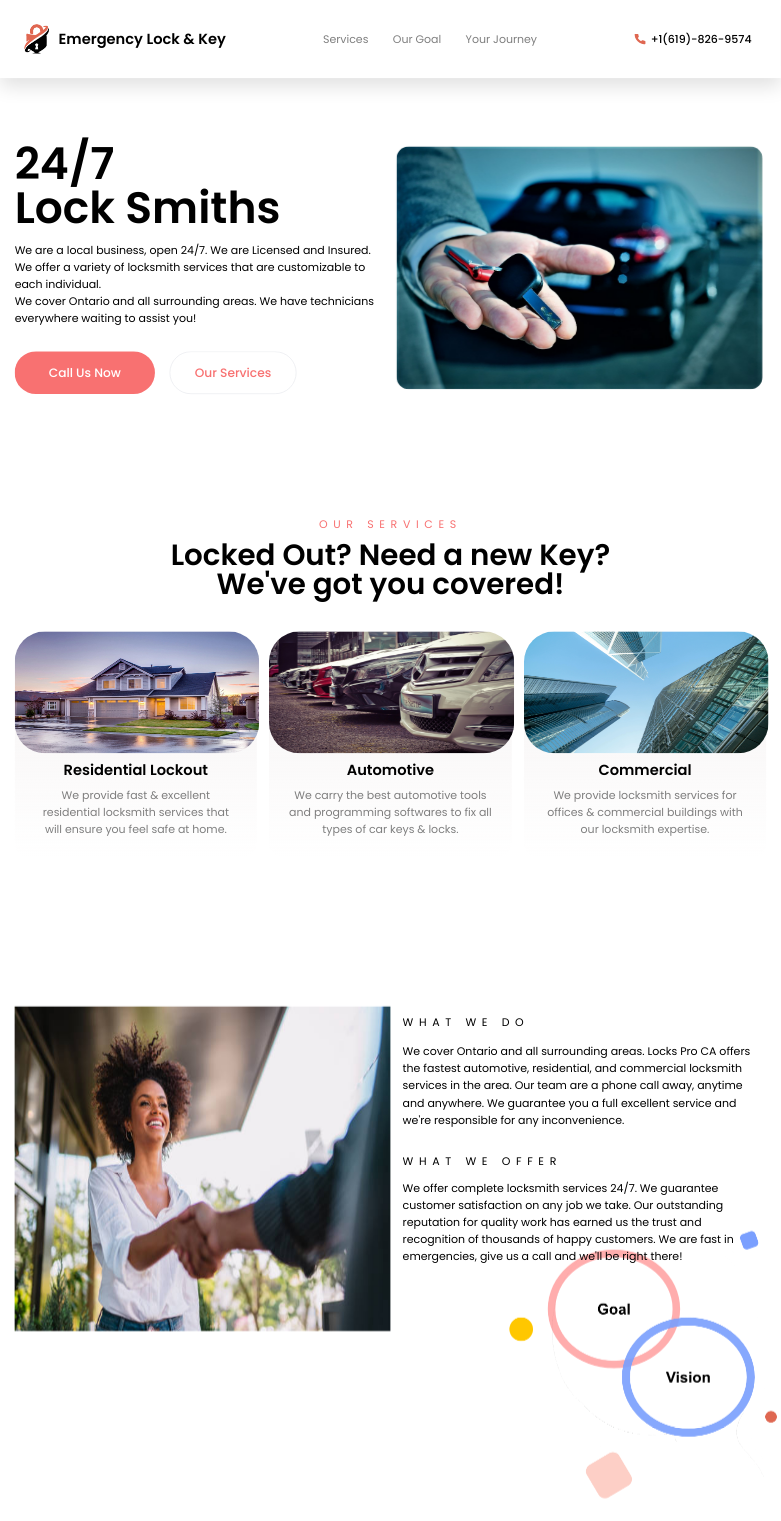
Repository: aya7abbal/locksprollc
Page: /
These files come from the project's save history. The page is drawn as it stood at one moment and after the next save; the edit follows.
The browser window is 1280 px wide. The pictures show the whole page, at 61% of full size.
Some web fonts or font styles are not loaded; a fallback is used. The project was rebuilt for these pictures with package versions that can differ from the ones it lists, and the page was loaded fresh each time. Also part of the build but not shown: vite.config.js.

Above is the page before, as saved 2024-04-03 01:18:19.

After the next save:
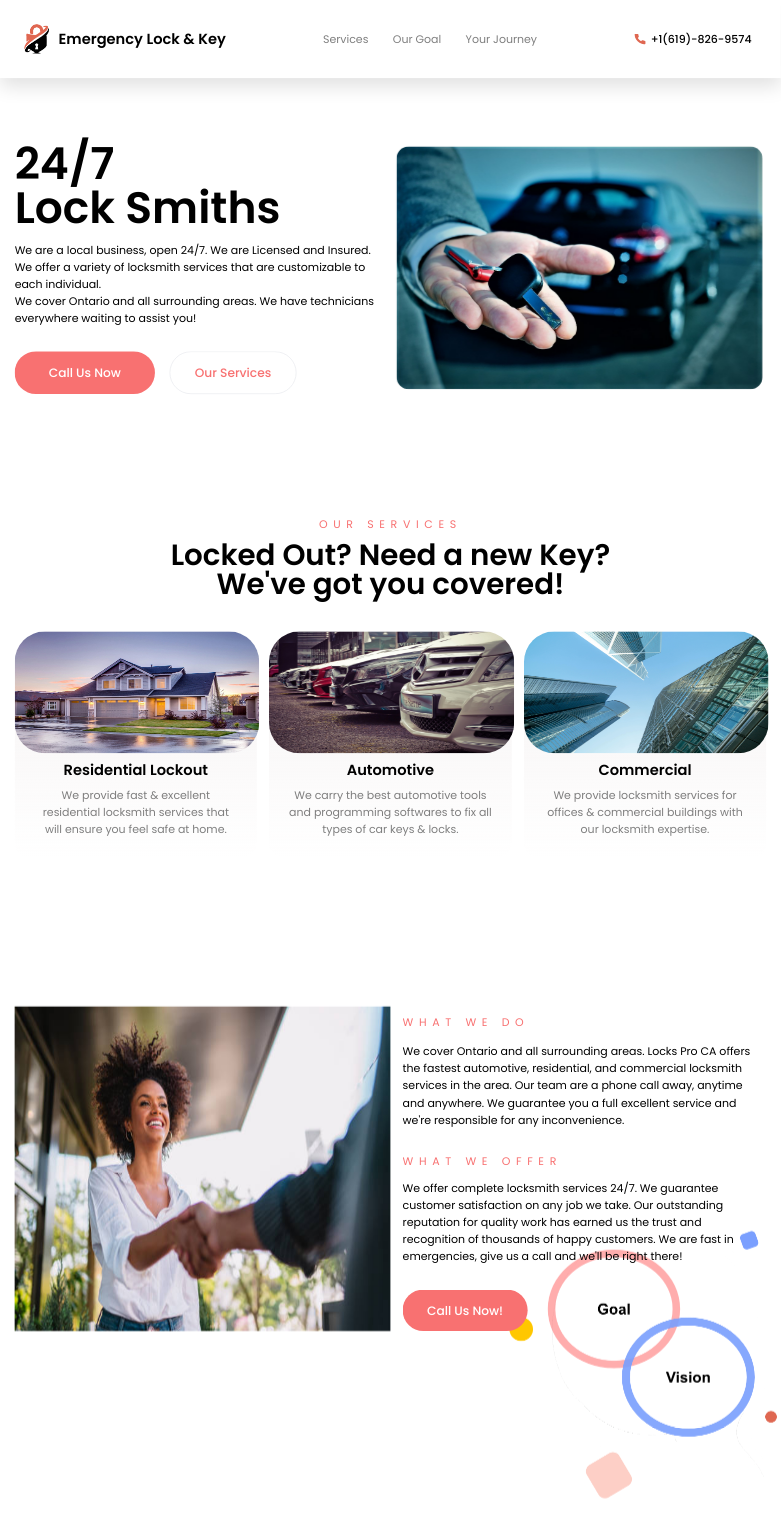
Saved 1 s later.
--- a/src/Components/Identity/Index.tsx
+++ b/src/Components/Identity/Index.tsx
@@ -30,7 +30,7 @@ const Identity = () => {
               damping={1e-1}
               triggerOnce={true}
             >
-              <h2 className="text-pink text-lg font-normal my-3 ls-51 uppercase text-start">
+              <h2 className="text-red-400 text-lg font-normal my-3 ls-51 uppercase text-start">
                 {" "}
                 What We Do
               </h2>
@@ -65,7 +65,7 @@ const Identity = () => {
                 damping={1e-1}
                 triggerOnce={true}
               >
-                <h2 className="text-pink text-lg font-normal mb-3 ls-51 uppercase text-start">
+                <h2 className="text-red-400 text-lg font-normal mb-3 ls-51 uppercase text-start">
                   {" "}
                   What We Offer
                 </h2>
@@ -78,7 +78,7 @@ const Identity = () => {
                 a call and we&apos;ll be right there!
               </p>
               <div className="flex align-middle justify-center md:justify-start">
-                <a className="text-xl font-medium rounded-full text-white py-5 px-6 bg-pink lg:px-10 mr-6" href="tel:001619-826-9574">
+                <a className="text-xl font-medium rounded-full text-white py-5 px-6 bg-red-400 lg:px-10 mr-6" href="tel:001619-826-9574">
                  Call Us Now!
                 </a>
               </div>
